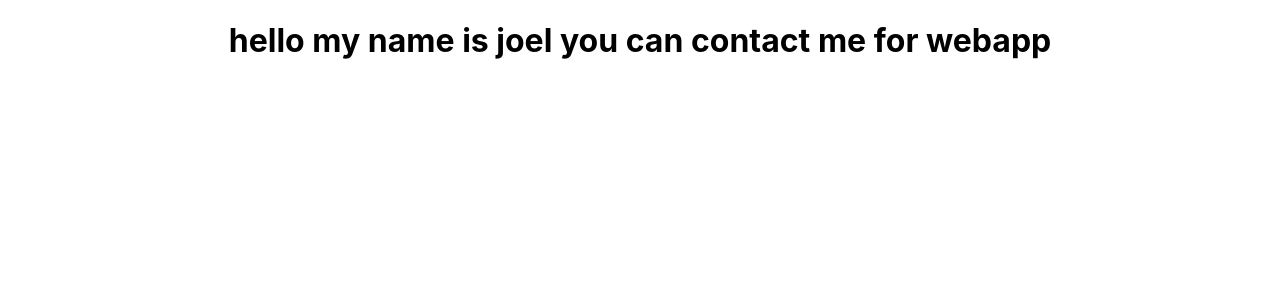
Repository: joelblessed/JOEL2
Page: /
An editor plug-in stored every save of this project. The page is shown before and after the next save, followed by the edit.
The browser window is 1280 px wide. The pictures show the whole page.
The project was rebuilt for these pictures with package versions that can differ from the ones it lists, and the page was loaded fresh each time.

Above is the page before, as saved 2025-01-28 23:56:48.

### src/App.js
import logo from './logo.svg';
import './App.css';
import Home from './component/home';

function App() {
  return (
    <div className="App">
      <Home/>
    </div>
  );
}

export default App;

### src/component/home.jsx
import React from 'react'

const Home = () => {
  return (
    <div>
      <h1>hello my name is joel you can contact me for webapp</h1>
    </div>
  )
}

export default Home

Loaded but not shown: public/index.html (common file); src/index.js (common file); src/index.css (common file); src/reportWebVitals.js (common file); src/App.css (common file)

After the next save:
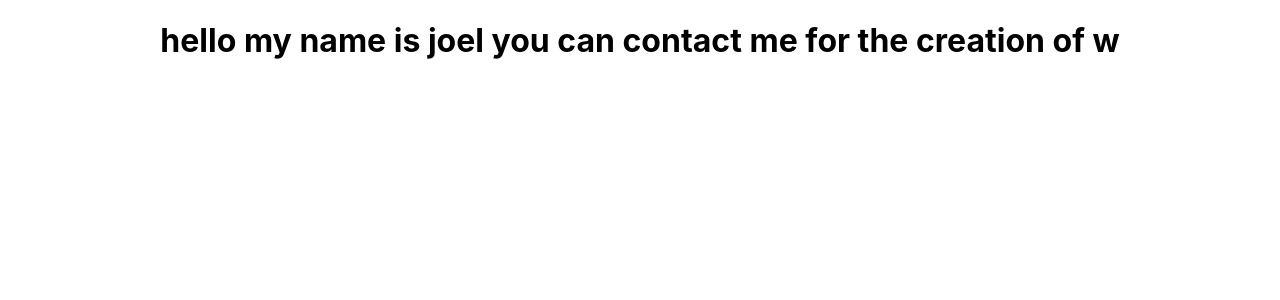
Saved 13 s later.
--- a/src/component/home.jsx
+++ b/src/component/home.jsx
@@ -3,7 +3,7 @@ import React from 'react'
 const Home = () => {
   return (
     <div>
-      <h1>hello my name is joel you can contact me for webapp</h1>
+      <h1>hello my name is joel you can contact me for the creation of w</h1>
     </div>
   )
 }
